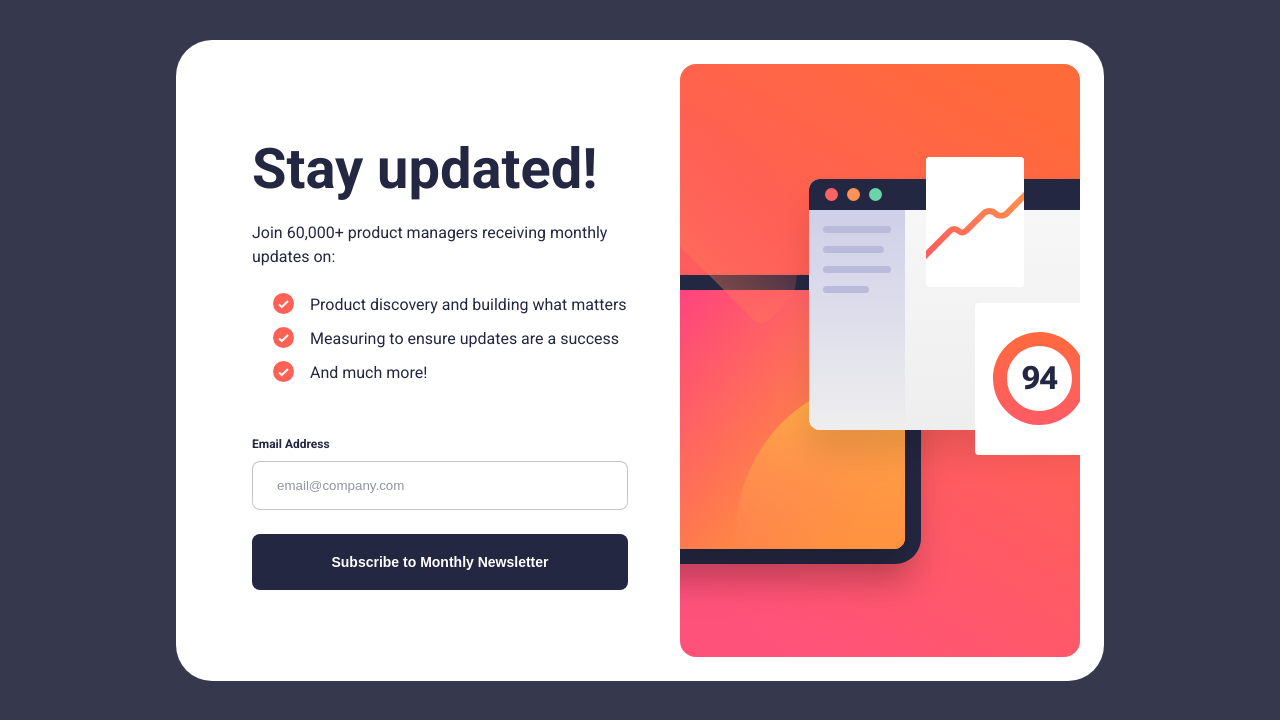
Repository: brandontaylor1/newsletter-signup
Page: index.html
The author's editor kept a copy of each file at every save. The page is drawn from the files as they stood at one save, then again after the next save.
The browser window is 1280 px wide. The pictures show the whole page.

Above is the page before, as saved 2025-01-20 11:12:52.

### index.html
<!DOCTYPE html>
<html lang="en">
<head>
    <meta charset="UTF-8">
    <meta name="viewport" content="width=device-width, initial-scale=1.0">
    <link rel="preconnect" href="https://fonts.googleapis.com">
    <link rel="preconnect" href="https://fonts.gstatic.com" crossorigin>
    <link href="https://fonts.googleapis.com/css2?family=Roboto:ital,wght@0,100..900;1,100..900&display=swap" rel="stylesheet">
    <link rel="stylesheet" href="styles.css">
    <title>Newsletter Sign Up</title>
</head>
<body>
    <main class="container">
        <div class="card">
            <div class="card-content">
                <div class="card-content-text">
                    <h1>Stay updated!</h1>
                    <p class="top-level-p">Join 60,000+ product managers receiving monthly updates on: </p>
                    <ul class="card-content-list">
                        <li class="list-item">
                            <img src="./assets/images/icon-list.svg" alt="list-image1">
                            <p>Product discovery and building what matters</p>
                        </li>
                        <li class="list-item">
                            <img src="./assets/images/icon-list.svg" alt="list-image2">
                            <p>Measuring to ensure updates are a success</p>
                        </li>
                        <li class="list-item">
                            <img src="./assets/images/icon-list.svg" alt="list-image3">
                            <p>And much more!</p>
                        </li>
                    </ul>
                    <form id="form">
                        <div>
                            <div class="label-content">
                                <label for="email" id="email-label">Email Address</label><br>
                                <span id="email-error" class="error-message"></span>
                            </div>
                            <input type="text" id="email" name="email" placeholder="email@company.com">
                        </div>
                        <button class="submit-btn">Subscribe to Monthly Newsletter</button>
                    </form>
                </div>
            </div>
            <div class="card-image">
                <img src="./assets/images/illustration-sign-up-desktop.svg" class="responsive-image" alt="desktop image">
            </div>
        </div>
    </main>


    <script type="text/javascript" src="https://unpkg.com/validator.tool/dist/validator.min.js"></script>
    <script src="index.js"></script>
</body>
</html>

### styles.css
* {
    margin: 0;
    padding: 0;
    box-sizing: border-box;
}

:root {
    /* COLORS */

    --primary-color-tomato: hsl(4, 100%, 67%);
    --neutral-color-white: hsl(0, 0%, 100%);
    --neutral-color-darkGray: hsl(234, 29%, 20%);
    --neutral-color-charcoalGray: hsl(235, 18%, 26%);
    --neutral-color-gray: hsl(231, 7%, 60%);

    /* FONTS */
    --fontWeight-regular: 400;
    --fontWeight-heavy: 700;
}

body {
    font-family: "Roboto", sans-serif;
    font-size: 16px;
    line-height: 1.5;
}

.container {
    width: 100%;
    height: 100vh;
    background-color: var(--neutral-color-charcoalGray);
    display: flex;
    justify-content: center;
    align-items: center;
}

.card {
    height: 641px;
    width: 928px;
    background-color: var(--neutral-color-white);
    border-radius: 36px;
    display: grid;
    grid-template-columns: 1fr auto;
    grid-template-rows: 1fr;
    padding: 24px;
}

.card-content {
    display: flex;
    flex-direction: column;
    justify-content: center;
    align-items: center;
    padding: 40px;
    order: 1;

}

.card-image {
    order: 2;
}

.card-content-text {
    height: 446px;
    width: 376px;
    display: flex;
    flex-direction: column;
    align-items: left;
}

.card-content-text .top-level-p {
    padding: 24px 0;
}

.card-content h1 {
    color: var(--neutral-color-darkGray);
    font-feature-settings: 'liga' off, 'clig' off;

    /* Heading */
    font-family: Roboto;
    font-size: 56px;
    font-style: normal;
    font-weight: 700;
    line-height: 100%; /* 56px */
}

.card-content p {
    color: var(--neutral-color-darkGray);
    font-size: 16px;
    font-weight: 400;
    line-height: 150%; /* 24px */
    font-family: "Roboto", sans-serif;
}

.card-content-list {
    list-style-type: none;

}

.card-content-list li {
    margin-left: 21px;
    padding-bottom: 10px;
    color: var(--neutral-color-darkGray);
    font-family: Roboto;
    font-size: 16px;
    font-style: normal;
    font-weight: 400;
    line-height: 150%; /* 24px */
    text-align: left;
}

.list-item {
    width: 100%;
    height: 24px;
    display: flex;
    margin-bottom: 10px;
}


.list-item img {
    height: 21px;
    width: 21px;
    margin-right: 16px;
}

#form {
    margin-top: 40px;
}

label {
    color: var(--Dark-Navy, #242742);
    font-family: Roboto;
    font-size: 12px;
    font-style: normal;
    font-weight: 700;
    line-height: 150%; /* 18px */
    margin-bottom: 8px;
}


.label-content {
    display: flex;
    justify-content: space-between;
    align-items: center;
}

#email-error {
    color: var(--primary-color-tomato);
    font-family: Roboto;
    font-size: 12px;
    font-style: normal;
    font-weight: 700;
    line-height: 150%; /* 18px */
}


#email {
    width: 100%;
    border-radius: 8px;
    border: 1px solid var(--grey-25, rgba(25, 24, 43, 0.25));
    padding: 16px 24px;
}

#email::placeholder {
    color: var(--neutral-color-gray);
}

.submit-btn {
    margin-top: 24px;
    font-size: 14px;
    width: 100%;
    height: 56px;
    border-radius: 8px;
    font-weight: 700;
    border: none;
    background: var(--neutral-color-darkGray);
    color: var(--neutral-color-white);
    cursor: pointer;
}

.submit-btn:hover {
    border-radius: 8px;
    background: var(--Gradient-1, linear-gradient(204deg, #FF6A3A 0%, #FF527B 100%));
    box-shadow: 0px 16px 32px 0px rgba(255, 97, 85, 0.50);
    cursor: pointer;
    transition: all 0.3s ease;
}

.card-image img {
    object-fit: contain;
    width: 400px;
}

.responsive-image {
    content: url("./assets/images/illustration-sign-up-desktop.svg")
}

/* Responsive */

@media screen and (max-width: 800px) {
    .card {
        grid-template-columns: 1fr;
        grid-template-rows: auto 1fr;
    }

    .responsive-image {
        content: url("./assets/images/illustration-sign-up-mobile.svg");
        width: 100%;
    }

    .card {
        padding: 0;
        width: 380px;
        height: 842px;
        border-radius: 0px;
    }

    .card-content {
        order: 2;
        padding: 0px;
    }

    .card-content-text {
        height: 446px;
        width: 376px;
        padding: 40px 24px;
        display: flex;
        flex-direction: column;
        align-items: left;
        justify-content: center;
    }

    .card-content h1 {
        font-size: 40px;
        line-height: 100%;
    }
    .card-content-text h1 {
        color: var(--Dark-Navy, #242742);
        font-feature-settings: 'liga' off, 'clig' off;
        font-family: Roboto;
        font-size: 40px;
        font-style: normal;
        font-weight: 600;
        line-height: 100%;
    }

    .list-item {
        display: flex;
        margin-bottom: 30px;
    }

    .list-item li{
        color: var(--Dark-Navy, #242742);
        font-family: "Roboto", sans-serif;
        font-size: 16px;
        font-style: normal;
        font-weight: 400;
        line-height: 150%;
    }

    .card-image {
        order: 1;
    }

    .card-image img {
        object-fit: cover;
        width: 100%;
    }

    #form {
        margin-top: 40px;
    }

    .submit-btn {
        font-size: 14px;
        width: 100%;
    }



}

### index.js
const form = document.querySelector('form');

const validateEmail = (email) => {
    const re = /^[^\s@]+@[^\s@]+\.[^\s@]+$/;
    return re.test(String(email).toLowerCase());
};

form.onsubmit = (e) => {
    e.preventDefault();
    const email = document.getElementById('email').value;
    const emailErrorElement = document.getElementById('email-error');
    let isValid = true;

    if (!validateEmail(email)) {
        emailErrorElement.textContent = 'Valid Email Required!';
        isValid = false;
    } else {
        emailErrorElement.textContent = '';
    }

    if (isValid) {
        const values = { email };
        console.log(values);
        form.reset();
        window.location.href = 'success.html';
    }
};

form.onreset = (evn) => {
    document.querySelectorAll('.error-message').forEach(el => el.textContent = '');
};

After the next save:
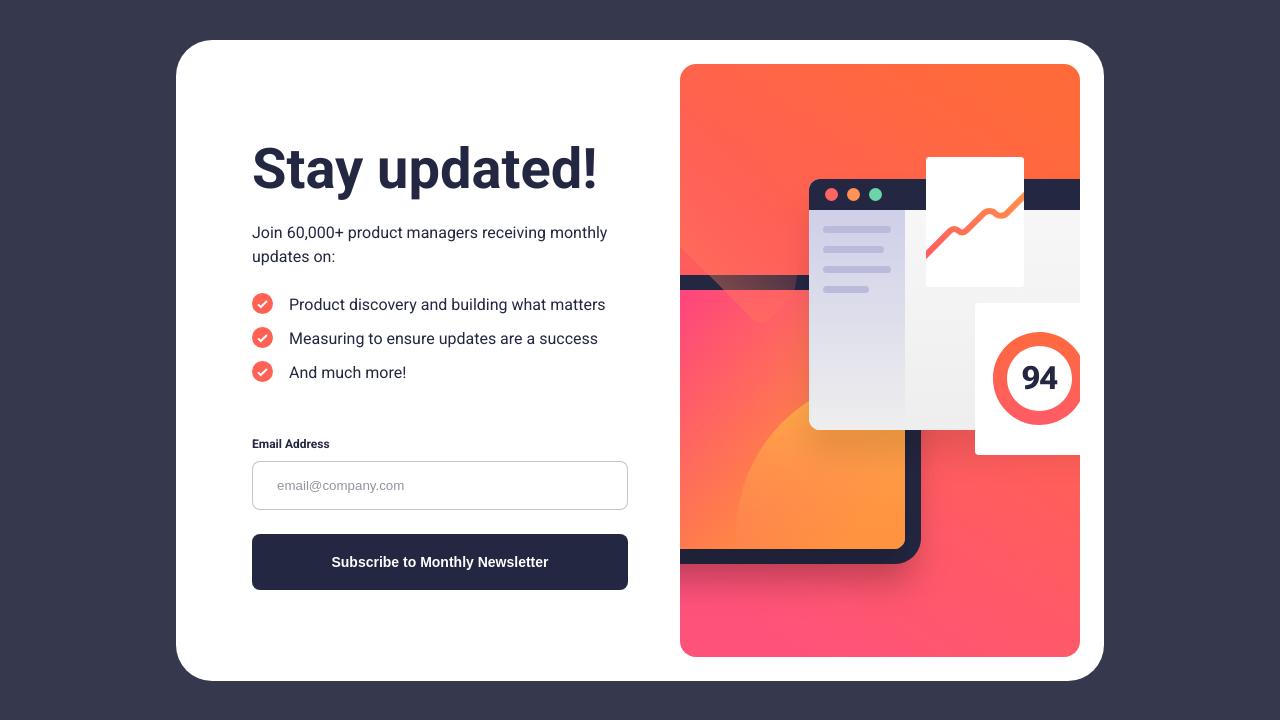
Saved 11 s later.
--- a/styles.css
+++ b/styles.css
@@ -96,7 +96,6 @@ body {
 }
 
 .card-content-list li {
-    margin-left: 21px;
     padding-bottom: 10px;
     color: var(--neutral-color-darkGray);
     font-family: Roboto;
